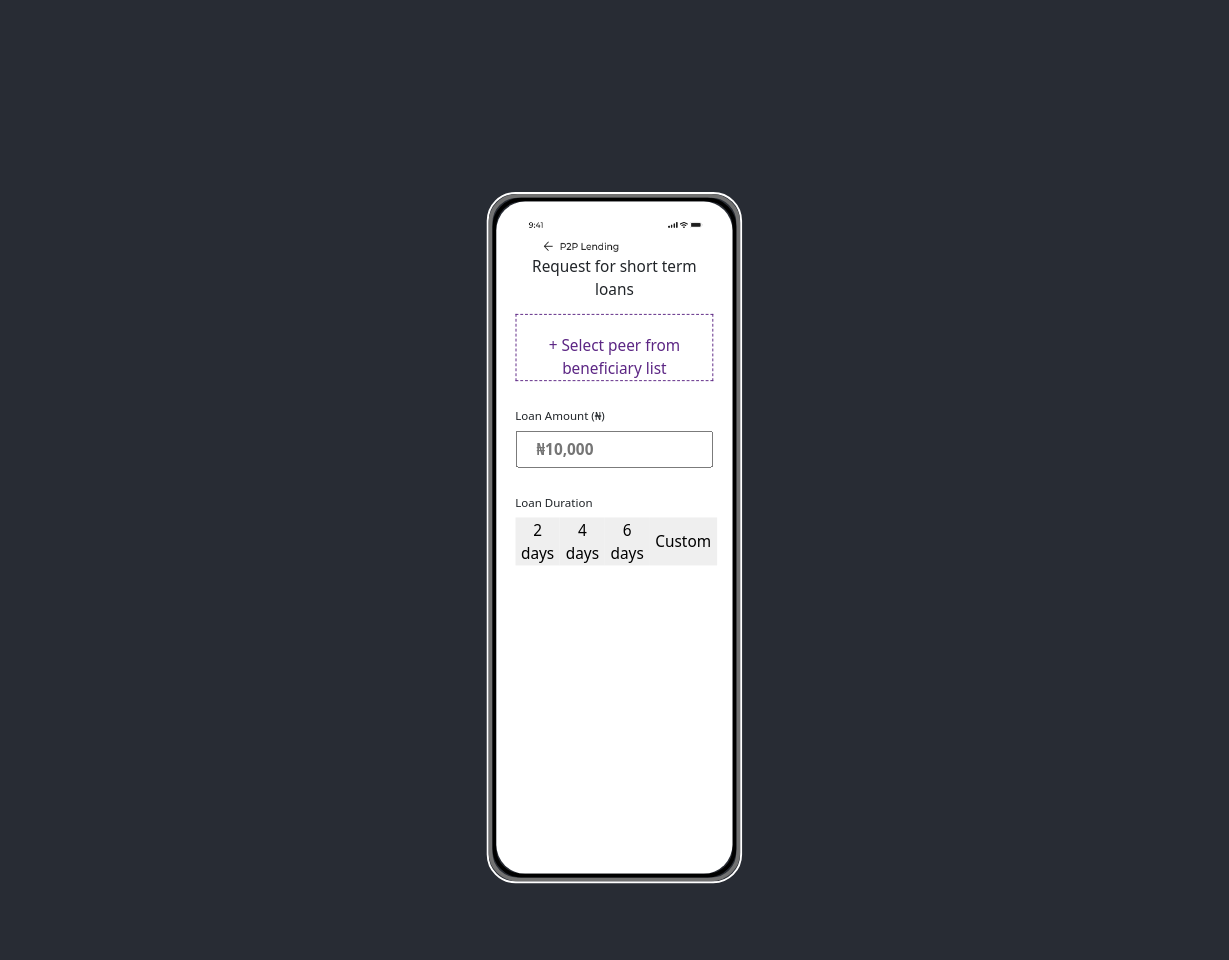
Repository: sarahnnanyelugo/fcmb-hackathon
Page: /loan-interface
The author's editor kept a copy of each file at every save. The page is drawn from the files as they stood at one save, then again after the next save.
The browser window is 1280 px wide. The pictures show the whole page, at 96% of full size.
The project was rebuilt for these pictures with package versions that can differ from the ones it lists, and the page was loaded fresh each time. Also part of the build but not shown: src/Pages/Home.js.

Above is the page before, as saved 2023-10-28 21:43:25.

After the next save:
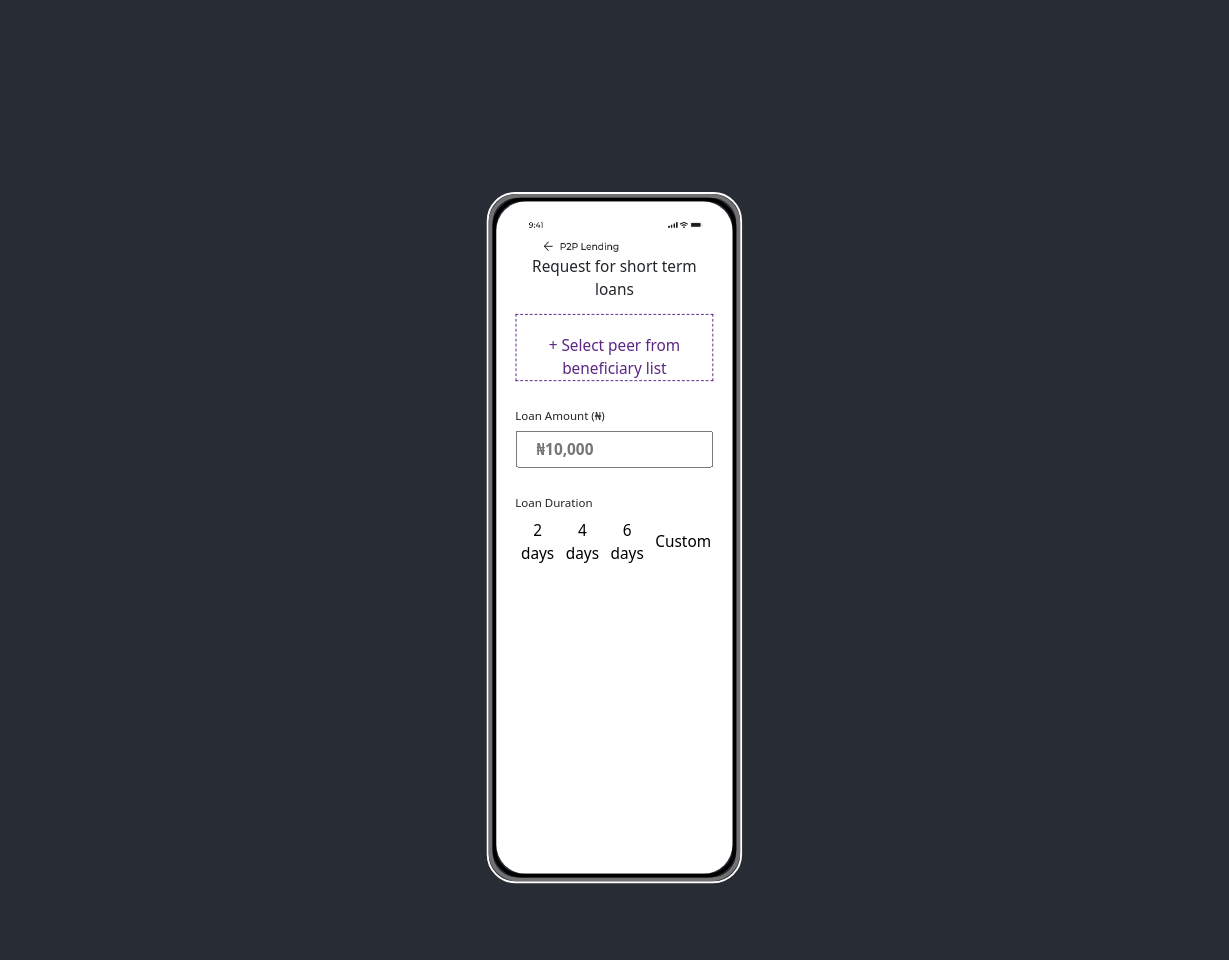
Saved 8 s later.
--- a/src/Pages/style.scss
+++ b/src/Pages/style.scss
@@ -118,5 +118,6 @@
 
   button {
     border: none;
+    background: #fff;
   }
 }
